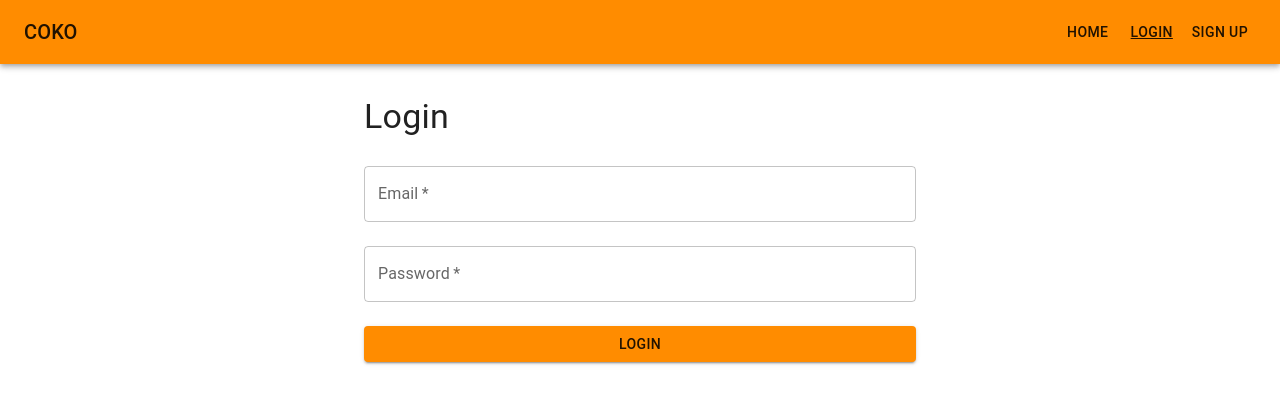
Repository: Jasper-ops698/Coko
Page: /login (app in frontend/)
These files come from the project's save history. The page is drawn as it stood at one moment and after the next save; the edit follows.
The browser window is 1280 px wide. The pictures show the whole page.
The project was rebuilt for these pictures with package versions that can differ from the ones it lists, and the page was loaded fresh each time. Also part of the build but not shown: frontend/webpack.config.js, frontend/src/components/HomePage.js, frontend/src/components/SignUpPage.js.

Above is the page before, as saved 2024-11-18 10:30:47.

### frontend/src/index.js
import React from 'react';
import ReactDOM from 'react-dom/client';
import App from './App';
import { CssBaseline, ThemeProvider, createTheme } from '@mui/material';
import reportWebVitals from './reportWebVitals';

require('dotenv').config();

const theme = createTheme({
  palette: {
    primary: {
      main: '#FF8C00',
    },
    secondary: {
      main: '#333',
    },
  },
});

ReactDOM.createRoot(document.getElementById('root')).render(
  <ThemeProvider theme={theme}>
    <CssBaseline />
    <App />
  </ThemeProvider>
);

// If you want to start measuring performance in your app, pass a function
// to log results (for example: reportWebVitals(console.log))
// or send to an analytics endpoint. Learn more: https://bit.ly/CRA-vitals
reportWebVitals();

### frontend/src/App.js
import React from 'react';
import { BrowserRouter as Router, Route, Routes } from 'react-router-dom';
import HomePage from './components/HomePage';
import LoginPage from './components/LoginPage';
import SignUpPage from './components/SignUpPage';
import NavBar from './components/NavBar';



function App() {
  return (
    <Router>
      <NavBar />
        {/* Page Routes */}
        <Routes>
          <Route path="/" element={<HomePage />} />
          <Route path="/login" element={<LoginPage />} />
          <Route path="/signup" element={<SignUpPage />} />
        </Routes>
    </Router>
  );
}

export default App;

### frontend/src/components/LoginPage.js
import React, { useState } from 'react';
import { auth } from "../auth/firebase";
import { signInWithEmailAndPassword } from 'firebase/auth';
import { Button, Container, TextField, Typography, Box } from '@mui/material';

function LoginPage() {
    const [email, setEmail] = useState("");
    const [password, setPassword] = useState("");
    const [error, setError] = useState("");

    const handleLogin = async (e) => {
        e.preventDefault();
        try {
            await signInWithEmailAndPassword(auth, email, password);
            alert("Login successful!");
        } catch (err) {
            setError(err.message);
        }
    };
    return(
        <Container maxWidth="sm">
            <Box mt={4}>
                <Typography variant="h4" gutterBottom>
                    Login
                </Typography>
                <form>
                    <TextField
                        fullWidth
                        label="Email"
                        variant='outlined'
                        margin='normal'
                        required
                    />
                    <TextField
                        fullWidth
                        label="Password"
                        type='password'
                        variant='outlined'
                        margin='normal'
                        required
                    />
                    <Box mt={2}>
                        <Button type="submit" variant='contained' color='primary' fullWidth>
                            Login
                        </Button>
                    </Box>
                </form>
            </Box>
        </Container>
    );
}

export default LoginPage;

### frontend/src/components/NavBar.js
import React, { useState } from 'react';
import { Link, useLocation } from 'react-router-dom';
import {
  AppBar,
  Toolbar,
  Button,
  Typography,
  Box,
  IconButton,
  Drawer,
  List,
  ListItem,
  ListItemText,
} from '@mui/material';
import MenuIcon from '@mui/icons-material/Menu';

function NavBar() {
  const location = useLocation();
  const [drawerOpen, setDrawerOpen] = useState(false);

  const isActive = (path) => location.pathname === path;

  const toggleDrawer = (open) => () => {
    setDrawerOpen(open);
  };

  const navLinks = [
    { label: 'Home', path: '/' },
    { label: 'Login', path: '/login' },
    { label: 'Sign Up', path: '/signup' },
  ];

  return (
    <>
      <AppBar position="static">
        <Toolbar>
          <Typography variant="h6" sx={{ flexGrow: 1 }}>
            COKO
          </Typography>
          <Box sx={{ display: { xs: 'none', sm: 'block' } }}>
            {navLinks.map((link) => (
              <Button
                key={link.path}
                component={Link}
                to={link.path}
                color="inherit"
                sx={{
                  textDecoration: isActive(link.path) ? 'underline' : 'none',
                }}
              >
                {link.label}
              </Button>
            ))}
          </Box>
          <IconButton
            edge="start"
            color="inherit"
            aria-label="menu"
            sx={{ display: { xs: 'block', sm: 'none' } }}
            onClick={toggleDrawer(true)}
          >
            <MenuIcon />
          </IconButton>
        </Toolbar>
      </AppBar>

      {/* Drawer for Mobile Navigation */}
      <Drawer anchor="right" open={drawerOpen} onClose={toggleDrawer(false)}>
        <Box sx={{ width: 250 }} role="presentation" onClick={toggleDrawer(false)}>
          <List>
            {navLinks.map((link) => (
              <ListItem button key={link.path} component={Link} to={link.path}>
                <ListItemText primary={link.label} />
              </ListItem>
            ))}
          </List>
        </Box>
      </Drawer>
    </>
  );
}

export default NavBar;

### frontend/src/auth/firebase.js
import { initializeApp } from "firebase/app";
import { getAuth } from "firebase/auth";

const firebaseConfig = {
    apiKey: "process.env.API_KEY",
    authDomain: "process.env.AUTH_DOMAIN",
    projectId: "process.env.PROJECT_ID",
    storageBucket: "process.env.STORAGE_BUCKET",
    messagingSenderId: "process.env.SENDER_ID",
    appId: "process.env.APP_ID",
};

// Initialize Firebase
const app = initializeApp(firebaseConfig);

export const auth = getAuth(app);

Loaded but not shown: frontend/public/index.html (common file); frontend/src/reportWebVitals.js (common file)

After the next save:
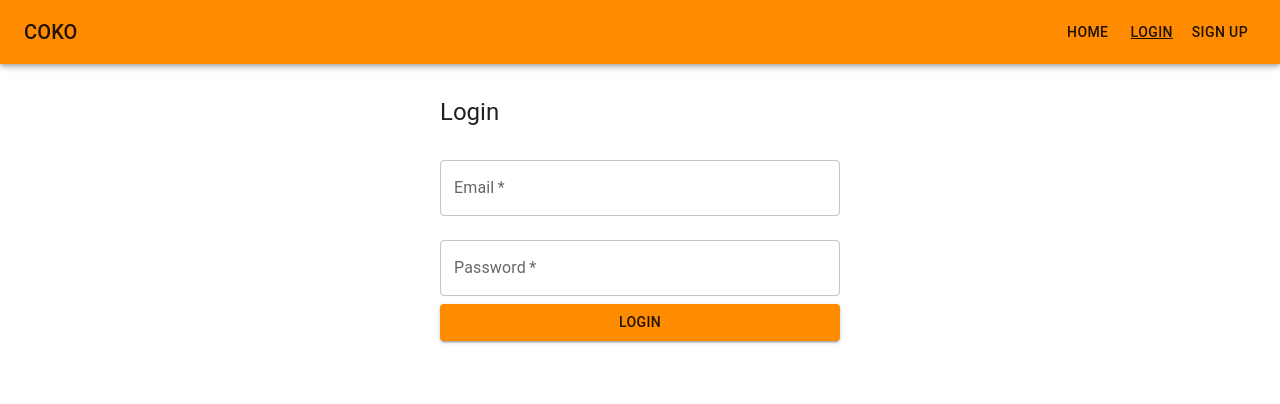
Saved 9 min 11 s later.
--- a/frontend/src/components/LoginPage.js
+++ b/frontend/src/components/LoginPage.js
@@ -18,35 +18,34 @@ function LoginPage() {
         }
     };
     return(
-        <Container maxWidth="sm">
-            <Box mt={4}>
-                <Typography variant="h4" gutterBottom>
-                    Login
-                </Typography>
-                <form>
-                    <TextField
-                        fullWidth
-                        label="Email"
-                        variant='outlined'
-                        margin='normal'
-                        required
-                    />
-                    <TextField
-                        fullWidth
-                        label="Password"
-                        type='password'
-                        variant='outlined'
-                        margin='normal'
-                        required
-                    />
-                    <Box mt={2}>
-                        <Button type="submit" variant='contained' color='primary' fullWidth>
-                            Login
-                        </Button>
-                    </Box>
-                </form>
-            </Box>
-        </Container>
+        <Box
+          component="form"
+          onSubmit={handleLogin}
+          sx={{ maxWidth: 400, mx: "auto", mt: 4 }}
+        >
+            <Typography variant='h5' mb={2}>Login</Typography>
+            {error && <Typography color="error">{error}</Typography>}
+            <TextField
+            fullWidth
+            label="Email"
+            value={email}
+            onChange={(e) => setEmail(e.target.value)}
+            margin='normal'
+            required
+        />
+            <TextField
+            fullWidth
+            label="Password"
+            type="password"
+            value={password}
+            onChange={(e) => setPassword(e.target.value)}
+            margin="normal"
+            required
+        />
+        <Button variant='contained' type="submit" fullWidth>
+            Login
+        </Button>
+        </Box>
     );
 }
 
